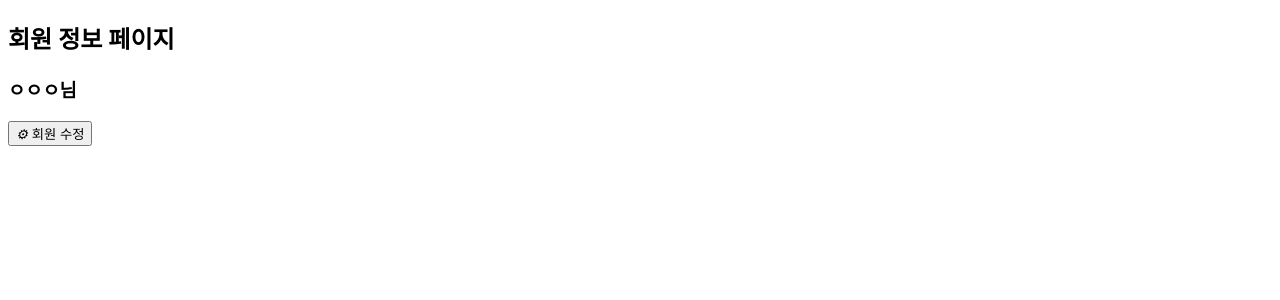
Repository: tnal465/javapj
Page: mergeproject/src/main/webapp/WEB-INF/views/user.html
An editor plug-in stored every save of this project. The page is shown before and after the next save, followed by the edit.
The browser window is 1280 px wide. The pictures show the whole page.

Above is the page before, as saved 2025-03-07 17:03:21.

### mergeproject/src/main/webapp/WEB-INF/views/user.html
<!DOCTYPE html>
<html>
<head>
<meta charset="UTF-8">
<title>Insert title here</title>
</head>
<body>
<h2>회원 정보 페이지</h2>
<h3>ㅇㅇㅇ님</h3>
<button onclick="goToEditPage()">
    <i>⚙</i> 회원 수정
</button>
</body>
</html>

After the next save:
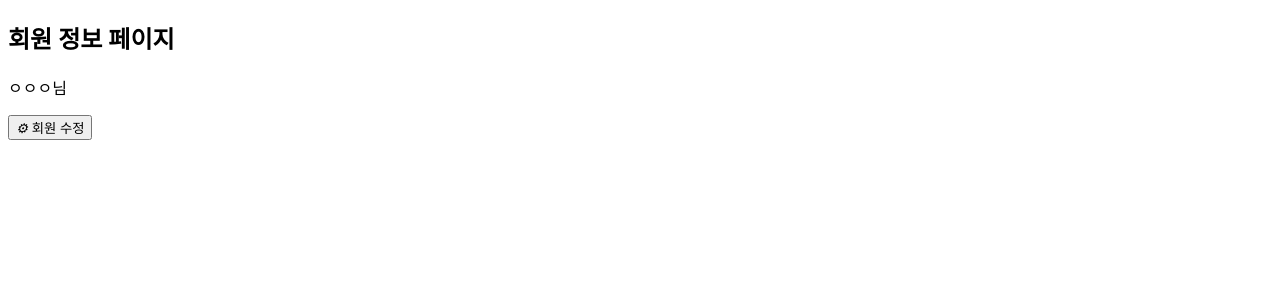
Saved 8 s later.
--- a/mergeproject/src/main/webapp/WEB-INF/views/user.html
+++ b/mergeproject/src/main/webapp/WEB-INF/views/user.html
@@ -6,7 +6,7 @@
 </head>
 <body>
 <h2>회원 정보 페이지</h2>
-<h3>ㅇㅇㅇ님</h3>
+<p>ㅇㅇㅇ님</p>
 <button onclick="goToEditPage()">
     <i>⚙</i> 회원 수정
 </button>
